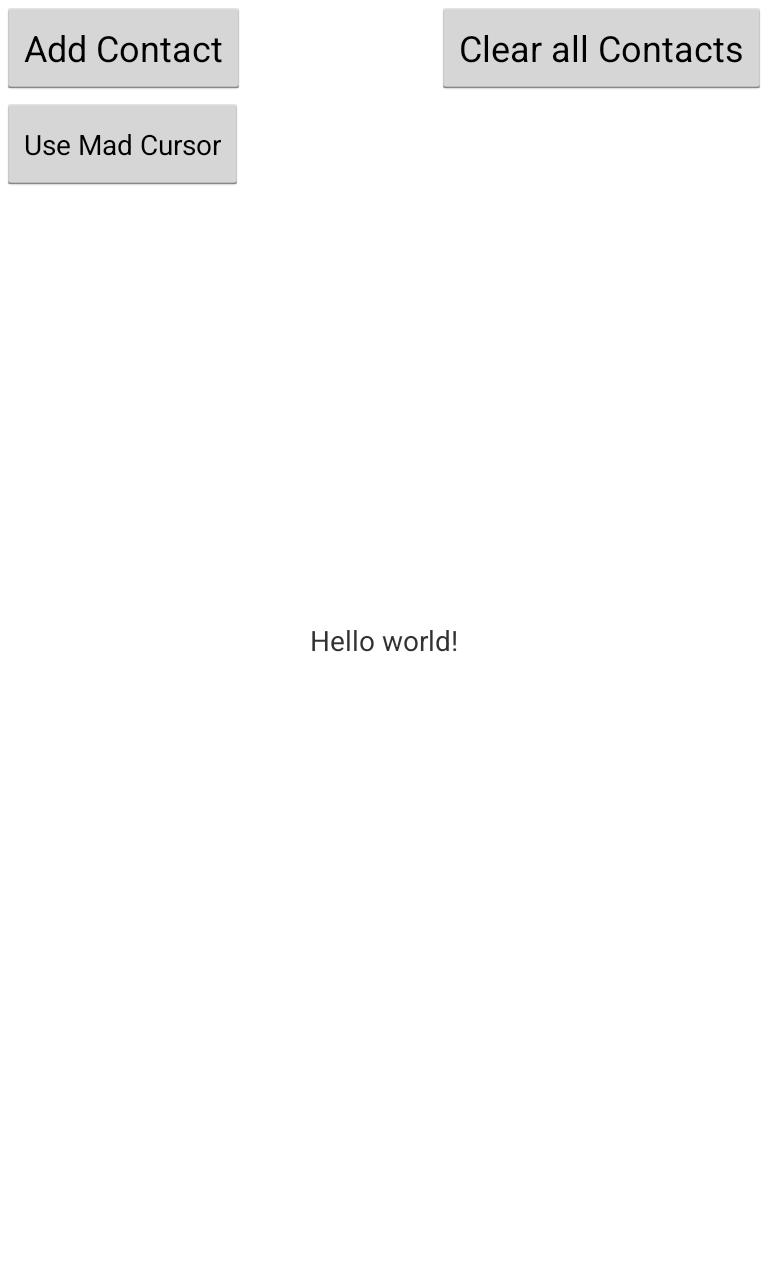
Repository: yoszka/Andro_apps
Layout: ContactsTest/res/layout/activity_main.xml
These files come from the project's save history. The layout is drawn as it stood at one moment and after the next save; the edit follows.
It is drawn on a 768 x 1280 px phone screen (xhdpi) without system bars, with theme AppTheme; the app's code is not run.

Above is the layout before, as saved 2013-02-13 23:45:07.

### ContactsTest/res/layout/activity_main.xml
<RelativeLayout xmlns:android="http://schemas.android.com/apk/res/android"
    xmlns:tools="http://schemas.android.com/tools"
    android:layout_width="match_parent"
    android:layout_height="match_parent"
    tools:context=".MainActivity" >

    <TextView
        android:layout_width="wrap_content"
        android:layout_height="wrap_content"
        android:layout_centerHorizontal="true"
        android:layout_centerVertical="true"
        android:text="@string/hello_world" />

    <Button
        android:id="@+id/button1"
        android:layout_width="wrap_content"
        android:layout_height="wrap_content"
        android:layout_alignParentLeft="true"
        android:layout_alignParentTop="true"
        android:onClick="addContactClick"
        android:text="Add Contact" />

    <Button
        android:id="@+id/button2"
        android:layout_width="wrap_content"
        android:layout_height="wrap_content"
        android:layout_alignParentRight="true"
        android:layout_alignParentTop="true"
        android:onClick="deleteAllContactsClick"
        android:text="Clear all Contacts" />

    <Button
        android:id="@+id/button3"
        style="?android:attr/buttonStyleSmall"
        android:layout_width="wrap_content"
        android:layout_height="wrap_content"
        android:layout_alignParentLeft="true"
        android:layout_below="@+id/button1"
        android:onClick="onClickUseMadCursor"
        android:text="Use Mad Cursor" />

</RelativeLayout>

### ContactsTest/res/values/strings.xml
<?xml version="1.0" encoding="utf-8"?>
<resources>

    <string name="app_name">ContactsTest</string>
    <string name="hello_world">Hello world!</string>
    <string name="menu_settings">Settings</string>

</resources>

Loaded but not shown: ContactsTest/res/values/styles.xml (common file); ContactsTest/res/values-v11/styles.xml (common file); ContactsTest/res/values-v14/styles.xml (common file)

After the next save:
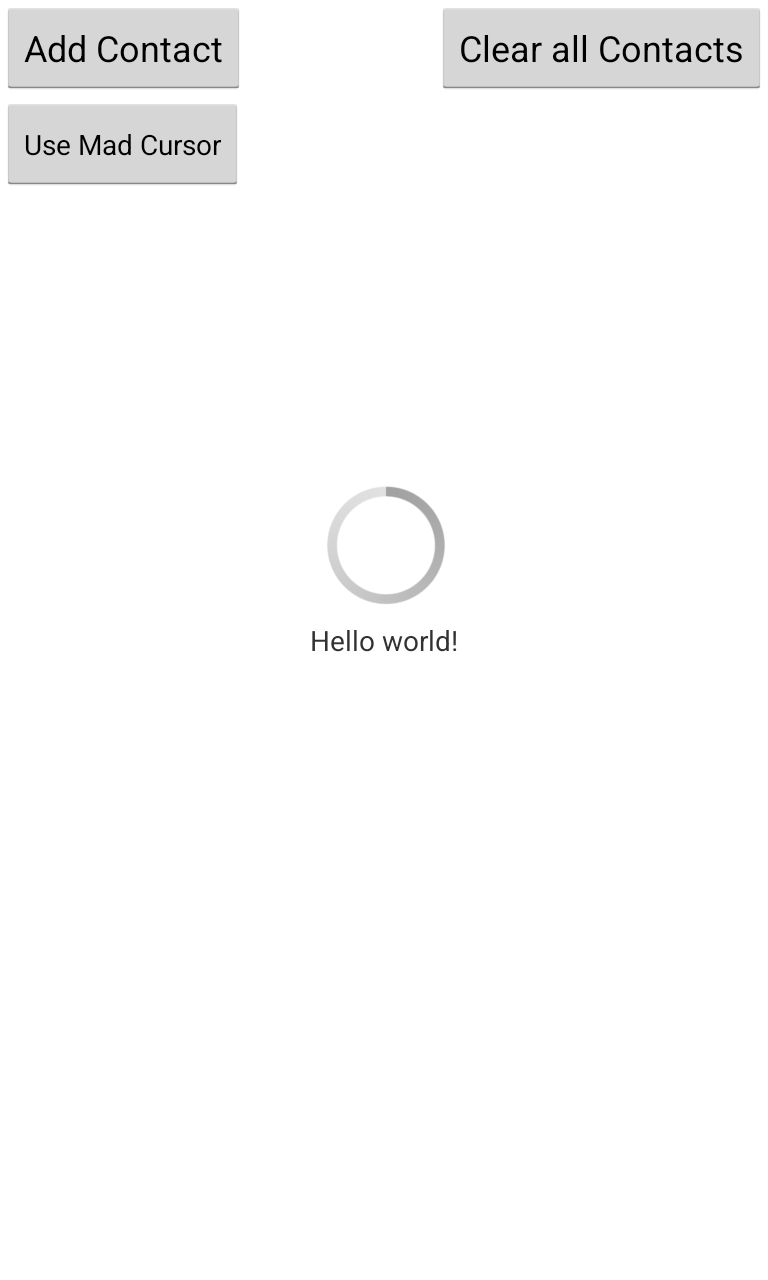
Saved 3 min 27 s later.
--- a/ContactsTest/res/layout/activity_main.xml
+++ b/ContactsTest/res/layout/activity_main.xml
@@ -5,6 +5,7 @@
     tools:context=".MainActivity" >
 
     <TextView
+        android:id="@+id/textView1"
         android:layout_width="wrap_content"
         android:layout_height="wrap_content"
         android:layout_centerHorizontal="true"
@@ -39,4 +40,12 @@
         android:onClick="onClickUseMadCursor"
         android:text="Use Mad Cursor" />
 
+    <ProgressBar
+        android:id="@+id/progressBar1"
+        style="?android:attr/progressBarStyleLarge"
+        android:layout_width="wrap_content"
+        android:layout_height="wrap_content"
+        android:layout_above="@+id/textView1"
+        android:layout_alignLeft="@+id/textView1" />
+
 </RelativeLayout>
